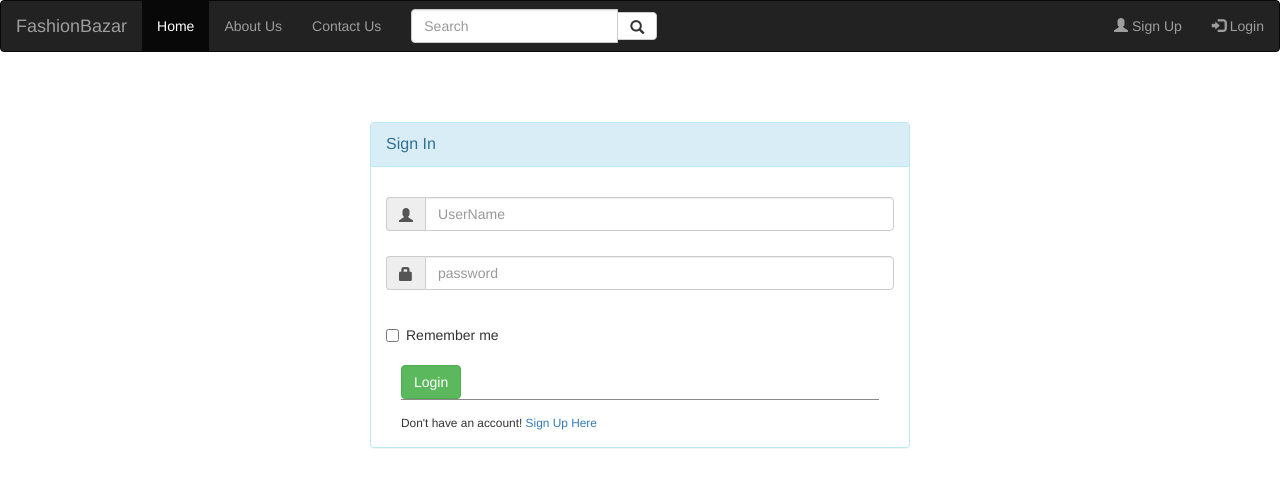
Repository: SmithaMendonca/Project-1
Page: http://localhost/FashionBazarFrontend/WEB-INF/views/Login.jsp
These files come from the project's save history. The page is drawn as it stood at one moment and after the next save; the edit follows.
The browser window is 1280 px wide. The pictures show the whole page.
The page is served by Tomcat 9. Nobody is signed in. The template is opened directly, without the code that normally fills it, so the values that code supplies are empty.

Above is the page before, as saved 2019-06-06 03:55:48.

After the next save:
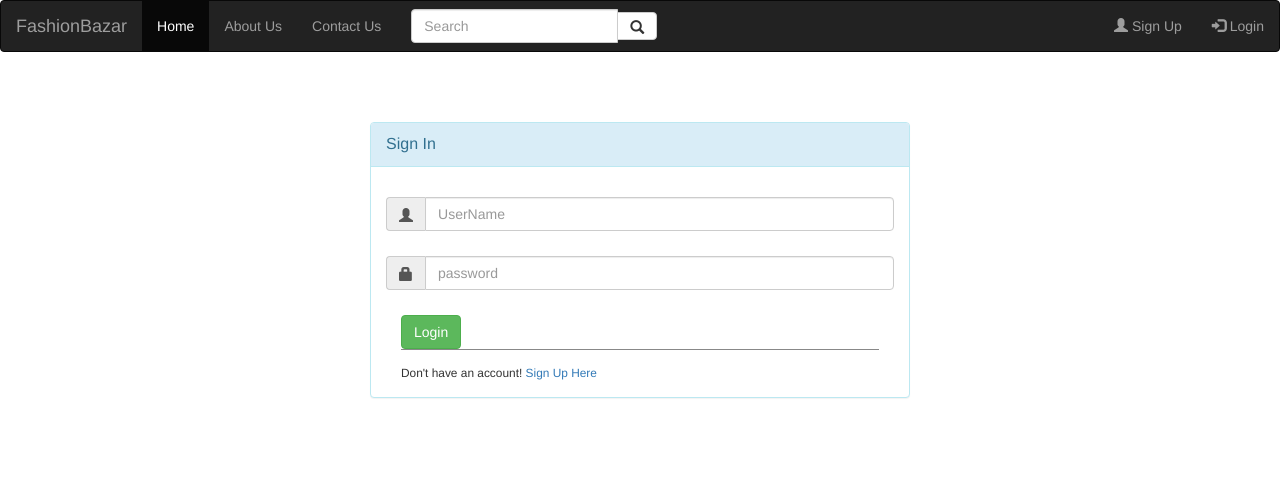
Saved 11 s later.
--- a/FashionBazarFrontend/src/main/webapp/WEB-INF/views/Login.jsp
+++ b/FashionBazarFrontend/src/main/webapp/WEB-INF/views/Login.jsp
@@ -21,14 +21,6 @@
                             <div style="margin-bottom: 25px" class="input-group">
                                         <span class="input-group-addon"><i class="glyphicon glyphicon-lock"></i></span>
                                         <input id="login-password" type="password" class="form-control" name="password" placeholder="password">
-                                    </div>
-
-                                    <div class="input-group">
-                                      <div class="checkbox">
-                                        <label>
-                                          <input id="login-remember" type="checkbox" name="remember" value="1"> Remember me
-                                        </label>
-                                      </div>
                                     </div>
 
 
